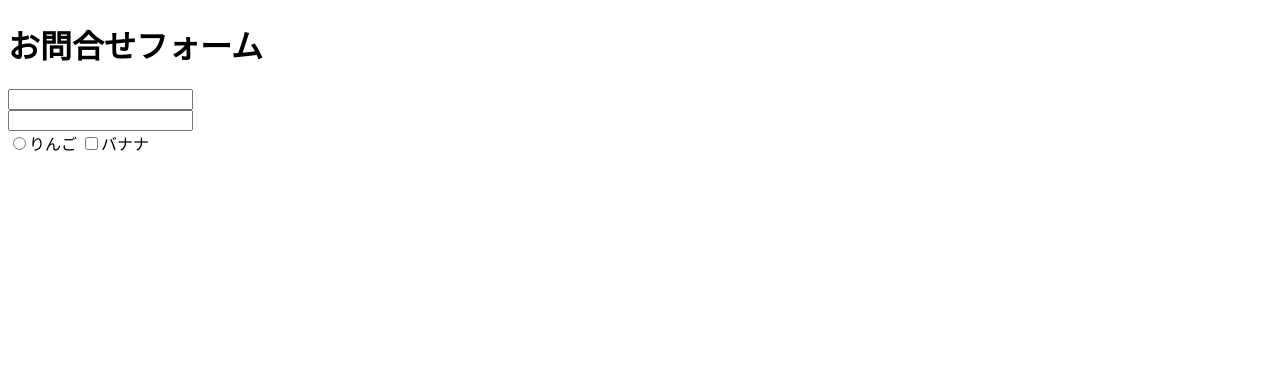
Repository: Jutta197/frontend726
Page: form.html
The author's editor kept a copy of each file at every save. The page is drawn from the files as they stood at one save, then again after the next save.
The browser window is 1280 px wide. The pictures show the whole page.

Above is the page before, as saved 2023-07-27 14:43:45.

### form.html
<!DOCTYPE html>
<html lang="en">

<head>
    <meta charset="UTF-8">
    <meta name="viewport" content="width=device-width, initial-scale=1.0">
    <title>Document</title>
</head>

<body>
    <h1>お問合せフォーム</h1>
    <form action="">
        <input type="text"><br>
        <input type="password"><br>
        <input type="radio">りんご
        <input type="checkbox">バナナ
    </form>


</body>

</html>

After the next save:
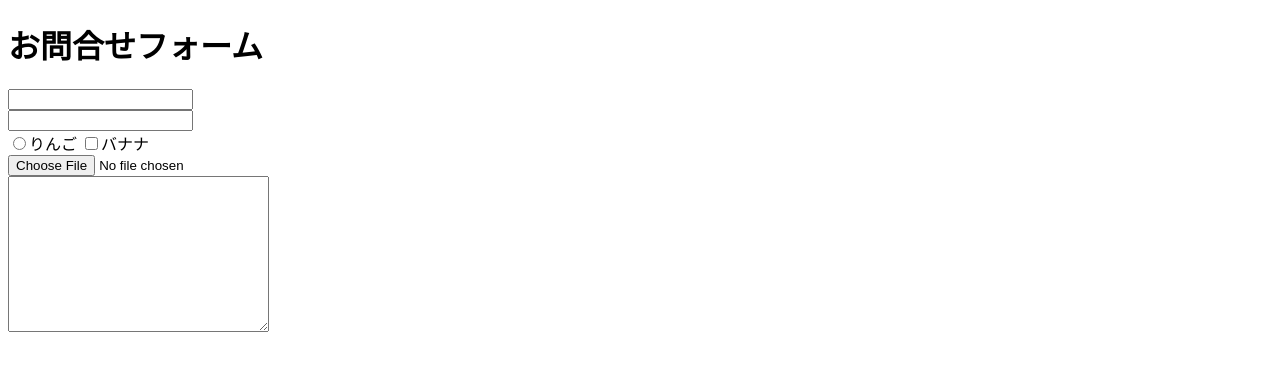
Saved 3 min 36 s later.
--- a/form.html
+++ b/form.html
@@ -13,7 +13,12 @@
         <input type="text"><br>
         <input type="password"><br>
         <input type="radio">りんご
-        <input type="checkbox">バナナ
+        <input type="checkbox">バナナ<br>
+        <input type="file"><br>
+        <textarea name="" id="" cols="30" rows="10"></textarea>
+
+
+
     </form>
 
 
